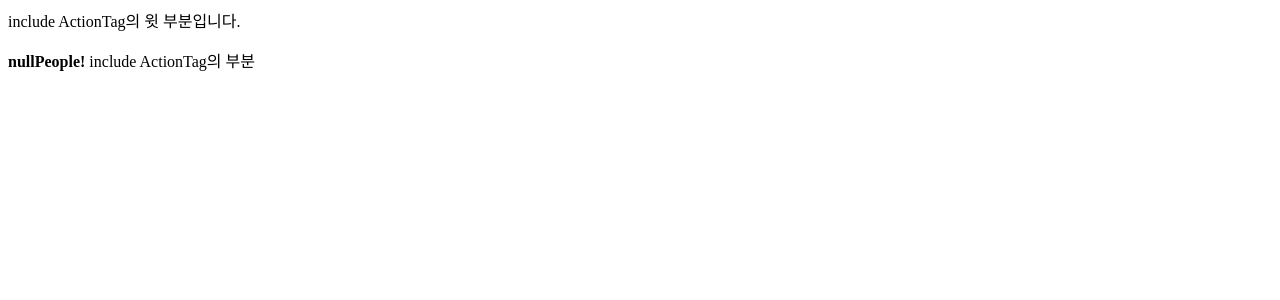
Repository: Ryustam/JSP
Page: http://localhost/jsp_actiontag/includeTagEx01.jsp
These files come from the project's save history. The page is drawn as it stood at one moment and after the next save; the edit follows.
The browser window is 1280 px wide. The pictures show the whole page.
The page is served by Tomcat 9.

Above is the page before, as saved 2021-11-03 07:11:39.

After the next save:
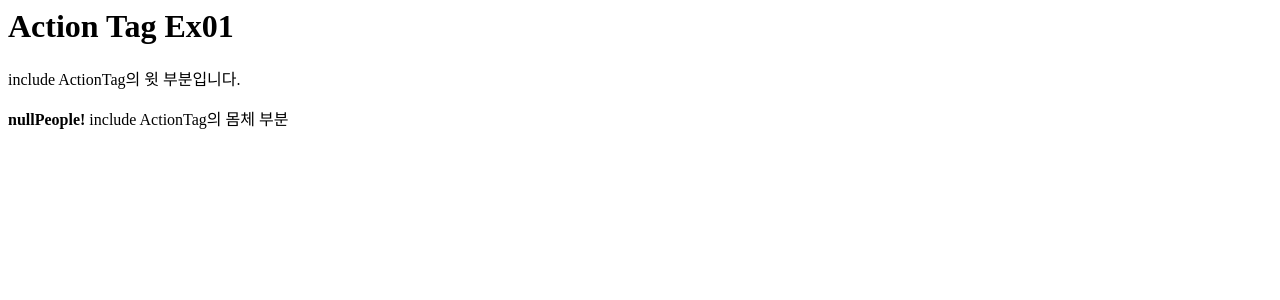
Saved 72 s later.
--- a/jsp_actiontag/src/main/webapp/includeTagEx01.jsp
+++ b/jsp_actiontag/src/main/webapp/includeTagEx01.jsp
@@ -2,6 +2,7 @@
     pageEncoding="EUC-KR"%>
 
 <% String name= "I Love Korean"; %>
+<h1>Action Tag Ex01</h1>
 <!DOCTYPE html>
 <html>
 <head>
@@ -10,6 +11,6 @@
 </head>
 <body>
 <jsp:include page="includeTagTop1.jsp"/>
-include ActionTag의 부분
+include ActionTag의 몸체 부분
 </body>
 </html>
